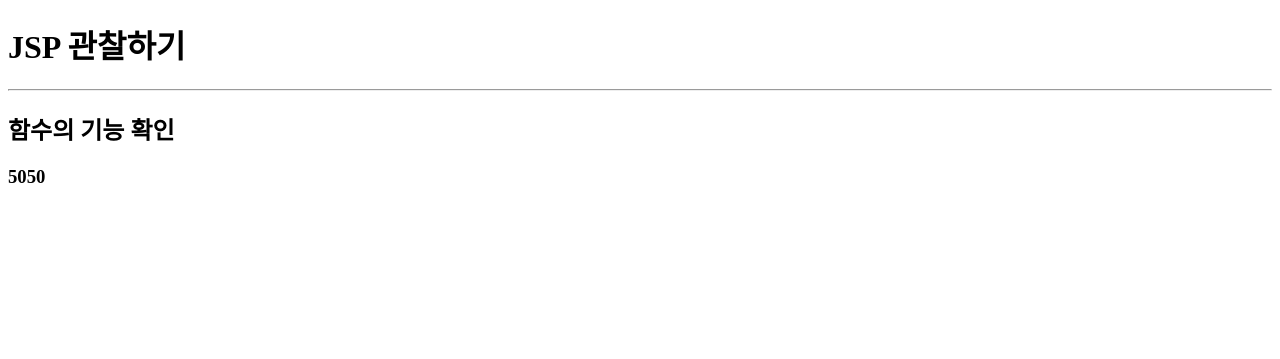
Repository: god5228god/Jsp
Page: http://localhost/WebApp04/JspTest003.jsp
The author's editor kept a copy of each file at every save. The page is drawn from the files as they stood at one save, then again after the next save.
The browser window is 1280 px wide. The pictures show the whole page.
The page is served by Tomcat 9. Other server files are loaded and not shown.

Above is the page before, as saved 2026-02-27 01:15:32.

### WebApp04/WebContent/JspTest003.jsp
<%@ page contentType="text/html; charset=UTF-8"%>
<%!
	// 선언부 영역 → 함수 정의가 가능한 영역

	// 선언부에서 선언한 변수 a
	int a = 10;

	// 선언부에서 정의한 함수
	int sum(int x)
	{
		int s = 0;
		for(int i = 1; i<=x; i++)
			s+= i;
		return s;
	}

%>
<%
	// 스크립릿 영역 → 일반 자바 코드 기술 영역

	// 스크립릿 영역에서 선언한 변수 b
	int b = 0;

	// 연산(산술 연산)
	a++;
	b++;




%>
<!DOCTYPE html>
<html>
<head>
<meta charset="UTF-8">
<title>JspTest003.jsp</title>
</head>
<body>
<div>
	<h1>JSP 관찰하기</h1>
	<hr />
</div>

<div>
	<h2>함수의 기능 확인</h2>

	<!-- 표현식 활용 -->
	<h3><%= sum(100) %></h3>
</div>



























</body>
</html>

After the next save:
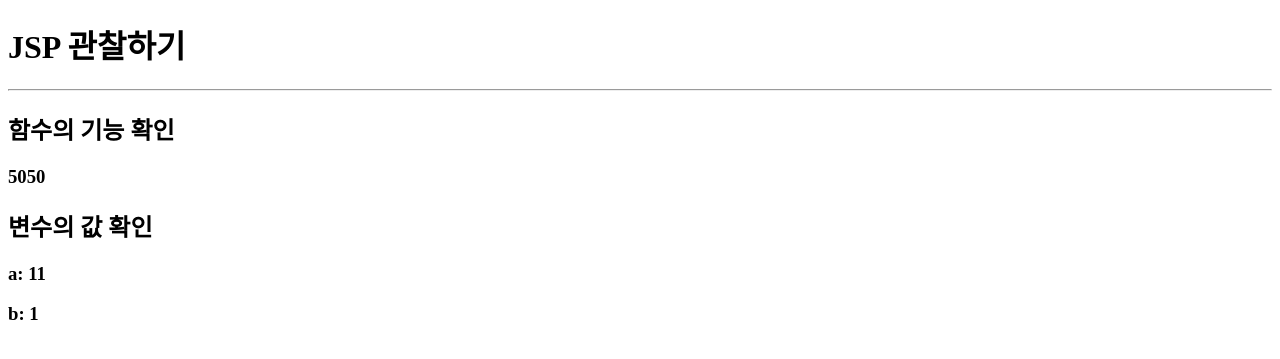
Saved 58 s later.
--- a/WebApp04/WebContent/JspTest003.jsp
+++ b/WebApp04/WebContent/JspTest003.jsp
@@ -48,7 +48,11 @@
 	<h3><%= sum(100) %></h3>
 </div>
 
-
+<div>
+	<h2>변수의 값 확인</h2>
+	<h3>a: <%=a %></h3>
+	<h3>b: <%=b %></h3>
+</div>
 
 
 
